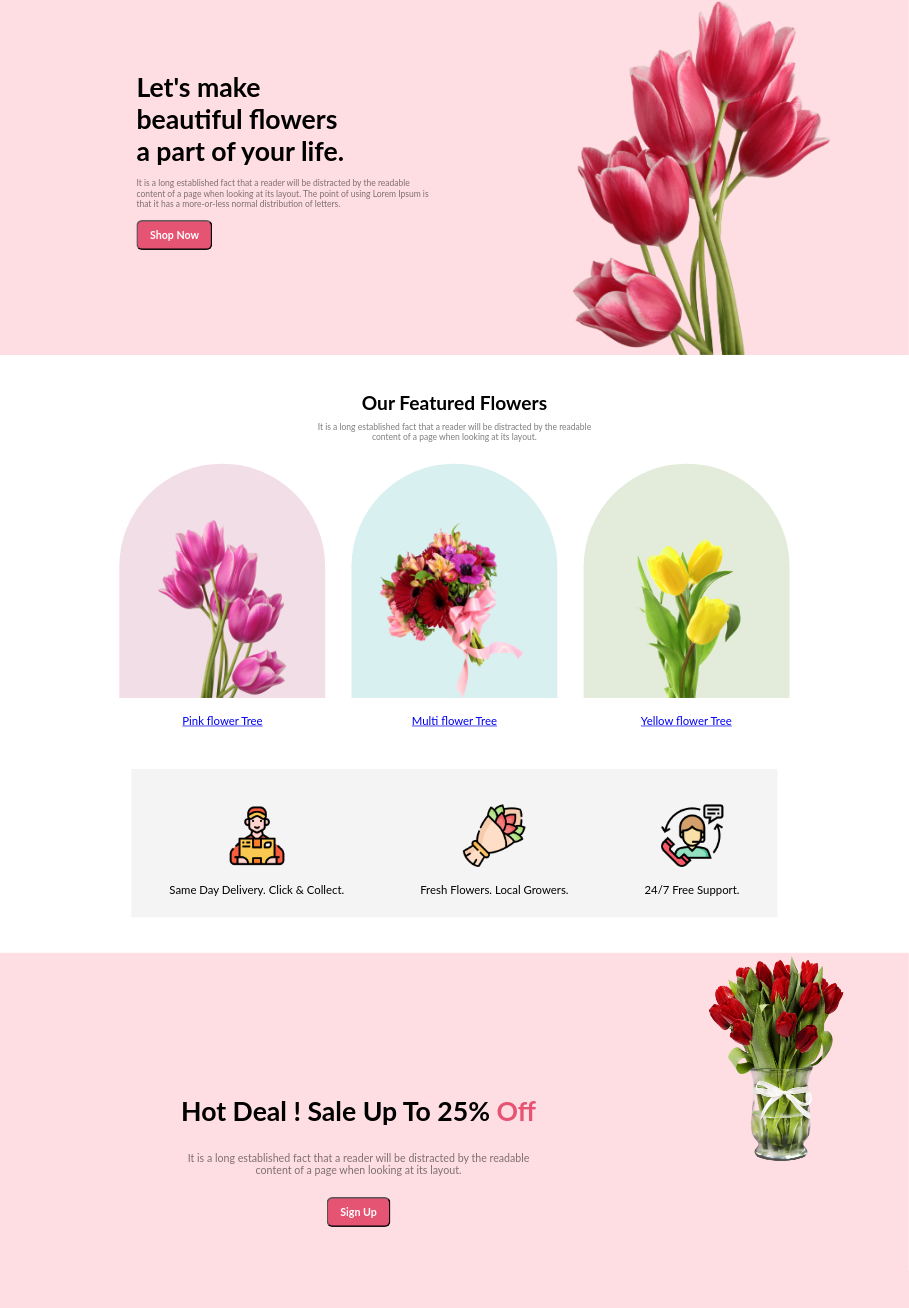
Repository: sadiaafsana138/Flower-Shop_Responsive
Page: index.html
These files come from the project's save history. The page is drawn as it stood at one moment and after the next save; the edit follows.
The browser window is 1280 px wide. The pictures show the whole page, at 71% of full size.

Above is the page before, as saved 2023-08-30 05:36:39.

### index.html
<!DOCTYPE html>
<html lang="en">

<head>
    <meta charset="UTF-8">
    <meta name="viewport" content="width=device-width, initial-scale=1.0">
    <title>Flower Shop</title>
    <link rel="stylesheet" href="Flower.css">
</head>

<body>
    <header>
        <section class="Section1">
            <div>
                <div id="HeaderText1">
                    <h1>
                        Let's make<br>beautiful flowers<br>a part of your life.
                    </h1>
                </div>
                <div id="HeaderText2">
                    <p>
                        It is a long established fact that a reader will be distracted by the readable<br>content of a
                        page when looking at its layout. The point of using Lorem Ipsum is<br>that it has a more-or-less
                        normal distribution of letters.
                    </p>
                </div>
                <button class="Main_button">
                    Shop Now
                </button>
            </div>
            <div>
                <img src="Images/1.png" alt="Cover image" height="500px" width="400px">
            </div>
        </section>
    </header>
    <main>
        <section class="Section2">
            <div>
                <div id="Section_2_header1">
                    <h1>
                        Our Featured Flowers
                    </h1>
                </div>
                <div>
                    <p id="Section_2_header2">
                        It is a long established fact that a reader will be distracted by the readable<br>content of a
                        page when looking at its layout.
                    </p>
                </div>
            </div>
            <div class="Section_2_pictures">
                <div id="sec2_pic1">
                    <img src="Images/2.png" alt="" height="250px" width="180px">
                    <br>
                    <br>
                    <a href="https://flowersourcebd.com/" target="_blank">
                        Pink flower Tree
                    </a>
                </div>
                <div id="sec2_pic2">
                    <img src="Images/3.png" alt="" height="250px" width="230px">
                    <br>
                    <br>
                    <a href="https://flowersourcebd.com/" target="_blank">
                        Multi flower Tree
                    </a>
                </div>
                <div id="sec2_pic3">
                    <img src="Images/4.png" alt="" height="250px" width="180px">
                    <br>
                    <br>
                    <a href="https://flowersourcebd.com/" target="_blank">
                        Yellow flower Tree
                    </a>
                </div>
            </div>
        </section>
        <section class="Section3">
            <div class="Sec3_pic">
                <div>
                    <img src="Images/5.png" alt="">
                    <br>
                    <br>
                    <p>Same Day Delivery. Click & Collect.</p>
                </div>
                <div>
                    <img src="Images/6.png" alt="">
                    <br>
                    <br>
                    <p>Fresh Flowers. Local Growers.</p>
                </div>
                <div>
                    <img src="Images/7.png" alt="">
                    <br>
                    <br>
                    <p>24/7 Free Support.</p>
                </div>
            </div>
        </section>
        <section class="Section4">
            <div>
                <div id="Sec4_text1">
                    <h1>
                        Hot Deal ! Sale Up To 25% <span id="off_color">Off</span>
                    </h1>
                </div>
                <br>
                <div id="Sec4_text2">
                    <p>
                        It is a long established fact that a reader will be distracted by the readable<br>content of a page when looking at its layout.
                    </p>
                </div>
                <br>
                <button class="Main_button">
                    Sign Up
                </button>
            </div>
            <div>
                <img src="Images/8.png" alt="" height="300px" width="200px">
            </div>
        </section>
        <section class="Section5"></section>
        <section class="Section6"></section>
        <section class="Section7"></section>
        <section class="Section8"></section>
    </main>
    <footer>

    </footer>
</body>

</html>

### Flower.css
*{
    margin:0px;
    font-family: Lato;
    font-style: normal;
}
/*Section 1*/
.Section1{
    background-color: rgb(255, 222, 227);
    height:500px;
    width: 100%;
    display: flex;
    justify-content: space-around;
}
#HeaderText1{
    padding: 100px 70px 5px 100px;
    font-size:  25px;
    font-weight: 800;

}
#HeaderText2{
    padding: 10px 0px 5px 100px;
    font-size:  12px;
    font-weight: 400;
    color:rgba(39, 39, 39, 0.60);
}
.Main_button{
    border-radius: 8px;
    background: #E55473;
    color: #FFF;
    font-size: 15px;
    font-weight: 700;
    padding: 10px 17px;
    margin: 10px 0px 0px 100px;
}
/*Section 2*/
#Section_2_header1{
    padding: 50px 0px 10px 0px;
    font-size:  18px;
    font-weight: 800;
    text-align: center;
}
#Section_2_header2{
    font-size:  12px;
    font-weight: 400;
    color:rgba(39, 39, 39, 0.60);
    text-align: center;
}
.Section_2_pictures{
    margin: 30px 150px 0px;
    justify-content: space-around;
    display: flex;
}
#sec2_pic1{
    border-radius: 300px 300px 0px 0px;
    background: rgba(167, 33, 98, 0.15);
    height:250px ;
    width: 230px;
    padding: 80px 30px 0px 30px;
    text-align: center;
}
#sec2_pic2{
    border-radius: 300px 300px 0px 0px;
    background:rgba(5, 151, 160, 0.15);
    height: 250px;
    width: 230px;
    padding: 80px 30px 0px 30px;
    text-align: center;
}
#sec2_pic3{
    border-radius: 300px 300px 0px 0px;
    background: rgba(71, 125, 17, 0.15);
    height: 250px;
    width: 230px;
    padding: 80px 30px 0px 30px;
    text-align: center;

}
/*Section 3*/
.Sec3_pic{
    background: rgba(39, 39, 39, 0.05);
    margin: 100px 185px 0px;
    padding: 50px 0px 30px;
    justify-content: space-around;
    display: flex;
    text-align: center;
}
/* Section 4 */
.Section4{
    margin-top: 50px;
    background-color: rgb(255, 222, 227);
    height:500px;
    width: 100%;
    display: flex;
    justify-content: space-around;
    text-align: center;
}
#Sec4_text1{
    padding: 200px 70px 5px 170px;
    font-size:25px;
    font-weight: 800;
}
#Sec4_text2{
    padding: 10px 0px 0px 100px;
    font-size:  15px;
    font-weight: 400;
    color:rgba(39, 39, 39, 0.60);
}
#off_color{
    color: #E55473;
}

After the next save:
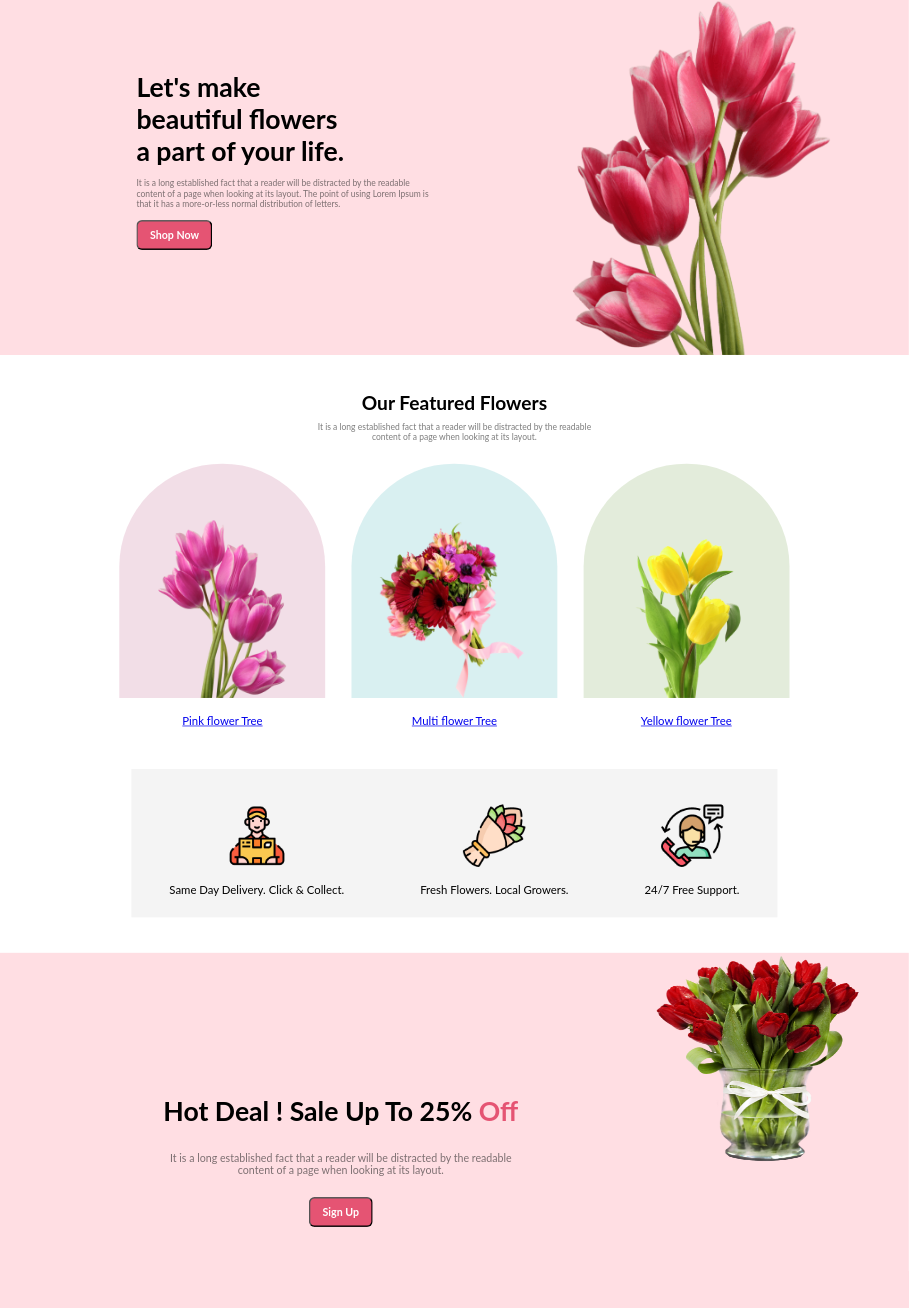
Saved 20 s later.
--- a/index.html
+++ b/index.html
@@ -116,7 +116,7 @@
                 </button>
             </div>
             <div>
-                <img src="Images/8.png" alt="" height="300px" width="200px">
+                <img src="Images/8.png" alt="" height="300px" width="300px">
             </div>
         </section>
         <section class="Section5"></section>
